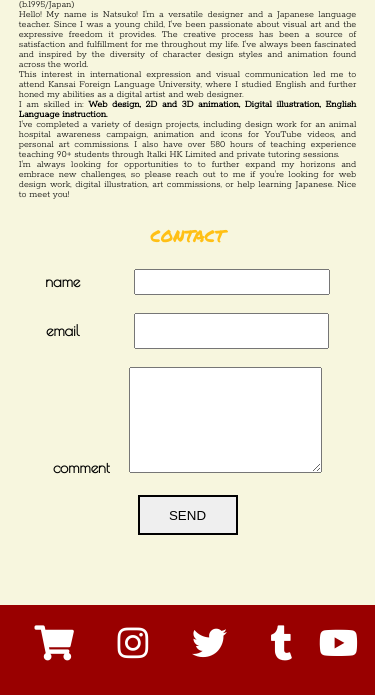
Repository: Natsuko0920/natsukohorii.github.io
Page: toppage/index.html
The author's editor kept a record of every edit. The page is drawn from the files as they stood at one moment, then again after the next edit.
The browser window is 375 px wide. The pictures show the part of the page from y = 748 to 1443 px (the page is 1443 px tall before and 1433 px after).
A picture or video elsewhere on the page could not be fetched, so the positions and the page height are approximate. Some web libraries are served in a nearby version.

Above is the page before.

### toppage/index.html
<!DOCTYPE html>
<html lang="ja">
<!--head-->
<head>
    <meta charset="utf-8">
    <title>NATSUKO HORII | ホリイ ナツコ</title>
    <meta name="description" content="Japanese artist / teacher / web designer / youtuber / creater ">
    <meta name="keywords" content="Natsuko Horii,natsukohorii,Horii Natsuko,ホリイナツコ,Japanese artist,artist,japanese illustrator,illustrator,イラストレーター,japanese teacher,naccchan sensei,なっちゃんせんせい,なっちゃん,nacchan,japanese youtuber">
    <meta name="viewport" content="width=device-width, initial-scale=1">
    <link rel="stylesheet" href="https://use.fontawesome.com/releases/v5.3.1/css/all.css" integrity="sha384-mzrmE5qonljUremFsqc01SB46JvROS7bZs3IO2EmfFsd15uHvIt+Y8vEf7N7fWAU" crossorigin="anonymous">
<!--put google font,font awesome-->
    <link href="https://fonts.googleapis.com/css?family=Permanent+Marker" rel="stylesheet">
    <link href="https://fonts.googleapis.com/css?family=Rock+Salt" rel="stylesheet">
    <link href="https://fonts.googleapis.com/css?family=Rokkitt:300" rel="stylesheet">
    <link href="https://fonts.googleapis.com/css?family=Poiret+One" rel="stylesheet">
    <meta http-equiv="Content-Type" content="text/html; charset=utf-8" />
    <link rel="stylesheet" href="index.css">
</head>
<!--header-->
<body>
    <header>
         <div class="title">
                      <div class="sign"><a href="../toppage/index.html">NATSUKO HORII</a></div>
        </div>
        <ul id="nav">
          <li><a href="../artwork/artwork.html" class="menubox">Artwork</a></li>
          <li><a href="../lesson/lesson.html" class="menubox">Lesson</a></li>
          <li><a href="#about" class="menubox">About</a></li>
          <li><a href="#contact" class="menubox">Contact</a></li>
         </ul>
    </header>
<main>
    <div class="toppage">
        <img src="../toppage/topimage.jpg">
    </div>
<!--about me-->
    <div class="titleabout" id="about">ABOUT</div>
    <div class="about">
      <div class="box1">
        <h1>Natsuko Horii</h1>
        <img class="profile" src="../toppage/profile.jpg">
        <br>
                <img class="profile" src="../toppage/profile2.png">
      </div>
      <div class="box2">
         <h2>
             (b.1995/Japan)
             <br>Hello! My name is Natsuko! I'm a versatile designer and a Japanese language teacher. Since I was a young child, I've been passionate about visual art and the expressive freedom it provides. The creative process has been a source of satisfaction and fulfillment for me throughout my life.
I've always been fascinated and inspired by the diversity of character design styles and animation found across the world.
<br>This interest in international expression and visual communication led me to attend Kansai Foreign Language University, where I studied English and further honed my abilities as a digital artist and web designer.
<br>I am skilled in: <b>Web design, 2D and 3D animation, Digital illustration, English Language instruction.</b>
<br>I've completed a variety of design projects, including design work for an animal hospital awareness campaign, animation and icons for YouTube videos, and personal art commissions. I also have over 580 hours of teaching experience teaching 90+ students through Italki HK Limited and private tutoring sessions.
<br>I'm always looking for opportunities to to further expand my horizons and embrace new challenges, so please reach out to me if you're looking for web design work, digital illustration, art commissions, or help learning Japanese. Nice to meet you!
         </h2>
      </div>
    </div>
<!--contact-->
    <div class="contact">
        <div class="titleabout" id="contact">contact</div>
        <div class="box3">
        <form action="https://docs.google.com/forms/d/e/1FAIpQLScnhWgwTJQ7-fkn19yMeZQXZv_nZWPaMLcr0KuLvkTzsQe1-A/formResponse">
            <label for="name">name　</label>
            <input id="name" type"text" name="entry.1762694654" required/>
           <br><br><label for="email">email　</label>
           <input id="email" type="text" name="entry.1706581827" required/>
           <br><br><label for="msg">comment　</label>
           <textarea id="comment" name="entry.790994953" required/></textarea>
           <br><br><button type="submit" name="button" value="SEND" class="square_btn">SEND</button>
        </form>
       </div>
    </div>
</main>
<footer>
    <div class="linkbox">
      <a href="https://society6.com/natsuko_horii" target="blank" class="link"><i class="fas fa-shopping-cart">　</i></a>
      <a href="https://www.instagram.com/natsuko_horii/" target="blank" class="link"><i class="fab fa-instagram" aria-hidden="true">　</i></a>
      <a href="https://twitter.com/NatsukoHorii" target="blank" class="link"><i class="fab fa-twitter" aria-hidden="true">　</i></a>
      <a href="https://www.tumblr.com/blog/natsukohorii" target="blank" class="link"><i class="fab fa-tumblr" aria-hidden="true">　</i></a>
      <a href="https://www.youtube.com/user/hahaha365yeah/featured?disable_polymer=1" target="blank" class="link"><i class="fab fa-youtube" aria-hidden="true"></i></a>
    </div>
</footer>
</body>
</html>

### toppage/index.css
@media screen and (min-width:300px) and ( max-width:600px) {
 a:link {
      color:#FFC016;
    background-color: transparent;
    text-decoration: none;
}

a:visited {
    color:#FFC016;
    background-color: transparent;
    text-decoration: none;
}

a:active {
    color:#FFC016;
    background-color: transparent;
    text-decoration: none;
}

body{
    background-color:#f7f6de;
    margin:0;
}

.changeColor {
   background-color:#f5c16c;
}

header{
    width:100%;
    display:flex;
    position:absolute;
}

.title{
  width:50%;
  padding-bottom:5px;
}

.sign{
    font-family: 'Permanent Marker', cursive;
    font-size:10px;
    margin-left:10px;
    margin-top:15px;
          color:#FFC016
}

#nav{
  width:70%;
  list-style:none;
  display:flex;
  align-items: center;
  margin-right:10px;
}

#nav li{
  width:100%;
  font-family: 'Permanent Marker', cursive;
  font-size:10px;
  text-align:center;
}

#nav a {
  color:#FFC016;
}

.toppage img{
  width:100%;
}

.titleabout{
  font-family: 'Permanent Marker', cursive;
  font-size:20px;
  text-align:center;
    color:#FFC016;
    margin-top:20px;
}

.about{
  width:90%;
  margin:auto;
}

.box1{
  width:100%;
  margin-top:10px;
  margin:auto;
}

.box2{
  width:100%;
  margin-top:20px;
}

h1{
 font-family: 'Rock Salt', cursive;
 font-size:20px;
 margin:0;
 text-align:center;
}

h2{
  font-size:10px;
font-family: 'Rokkitt', serif;
  line-height: 10px;
  font-weight: lighter;
   text-align:justify;
}

.profile{
  width:100%;
  height:auto;
    margin:auto;
}

.contact{
  margin-top:10px;
  margin-bottom:70px;
}

.box3{
    margin-top:20px;
    text-align:center;
}

label{
     font-family: 'Poiret One', cursive;
     font-size:15px;
     font-weight:bold;
}

#name{
    margin-left:35px;
      width:50%;
      height:20px;
}

#email{
  margin-left:35px;
      width:50%;
      height:30px;
}

#comment{
      width:50%;
      height:100px;
}

.square_btn {
    display: inline-block;
    padding: 0.3em 1em;
    text-decoration: none;
    color: #990000;
    background:white;
    border: solid 2px #990000;
    border-radius: 3px;
    height:40px;
    width:100px;
    transition: .4s;
}

.linkbox{
  padding-top:20px;
  font-size:35px;
  text-align:center;
}

a.link {
  color:white;
}

a.link:hover{
  color:#FFC016;
}

footer{
  width:100%;
  background-color:#990000;
  margin:0;
  position:absolute;
  padding-bottom:30px;
}
}

@media screen and (min-width:600px) and ( max-width:960px) {
 a:link {
      color:#FFC016;
    background-color: transparent;
    text-decoration: none;
}

a:visited {
    color:#FFC016;
    background-color: transparent;
    text-decoration: none;
}

a:active {
    color:#FFC016;
    background-color: transparent;
    text-decoration: none;
}

body{
    background-color:#f7f6de;
    margin:0;
}

.changeColor {
   background-color:#f5c16c;
}

header{
    width:100%;
    display:flex;
    position:absolute;
}

.title{
  width:50%;
  padding-bottom:5px;
}

.sign{
    font-family: 'Permanent Marker', cursive;
    font-size:25px;
    margin-left:10px;
    margin-top:15px;
          color:#FFC016
}

#nav{
  width:70%;
  list-style:none;
  display:flex;
  align-items: center;
  margin-right:10px;
}

#nav li{
  width:100%;
  font-family: 'Permanent Marker', cursive;
  font-size:25px;
  text-align:center;
}

#nav a {
  color:#FFC016;
}

.toppage img{
  width:100%;
}

.titleabout{
  font-family: 'Permanent Marker', cursive;
  font-size:50px;
  text-align:center;
    color:#FFC016;
    margin-top:60px;
}

.about{
  width:90%;
  margin:auto;
  display:flex;
}

.box1{
  width:30%;
  margin-top:20px;
}

.box2{
  width:60%;
  margin-top:20px;
  margin-left:20px;
}

h1{
 font-family: 'Rock Salt', cursive;
 font-size:20px;
 margin:0;
 text-align:center;

}

h2{
  font-size:15px;
font-family: 'Rokkitt', serif;
  line-height: 15px;
  font-weight: lighter;
  margin-left:20px;
   text-align:justify;
}

.profile{
  width:100%;
  height:auto;
}

.contact{
  margin-top:10px;
  margin-bottom:70px;
}

.box3{
    margin-top:20px;
    text-align:center;
}

label{
     font-family: 'Poiret One', cursive;
     font-size:25px;
     font-weight:bold;
}

#name{
    margin-left:35px;
      width:50%;
      height:30px;

}

#email{
  margin-left:35px;
      width:50%;
      height:30px;
}

#comment{
      width:50%;
      height:100px;
}

.square_btn {
    display: inline-block;
    padding: 0.3em 1em;
    text-decoration: none;
    color: #990000;
    background:white;
    border: solid 2px #990000;
    border-radius: 3px;
    height:40px;
    width:100px;
    transition: .4s;
}

.linkbox{
  padding-top:20px;
  font-size:35px;
  text-align:center;
}

a.link {
  color:white;
}

a.link:hover{
  color:#FFC016;
}

footer{
  width:100%;
  background-color:#990000;
  margin:0;
  position:absolute;
  padding-bottom:30px;
}
}

@media screen and (min-width:960px) and ( max-width:1280px) {
a:link {
      color:#FFC016;
    background-color: transparent;
    text-decoration: none;
}

a:visited {
    color:#FFC016;
    background-color: transparent;
    text-decoration: none;
}

a:active {
    color:#FFC016;
    background-color: transparent;
    text-decoration: none;
}

body{
    background-color:#f7f6de;
    margin:0;
    transition: 0.3s all;
}

.changeColor {
   background-color:#f5c16c;
}

header{
    width:100%;
    display:flex;
    position:absolute;
}

.title{
  width:50%;
  padding-bottom:5px;
}

.sign{
    font-family: 'Permanent Marker', cursive;
    font-size:40px;
    margin-left:10px;
    margin-top:10px;
          color:#FFC016
}

#nav{
  width:70%;
  list-style:none;
  display:flex;
  align-items: center;
  margin-right:10px;
}

#nav li{
  width:100%;
  font-family: 'Permanent Marker', cursive;
  font-size:30px;
  text-align:center;
}

#nav a {
  color:#FFC016;
}

#nav a:hover{
  opacity:0.7;
}

.toppage img{
  width:100%;
}

.titleabout{
  font-family: 'Permanent Marker', cursive;
  font-size:50px;
  text-align:center;
    color:#FFC016;
    margin-top:80px;
}

.about{
  width:90%;
  margin:auto;
  display:flex;
}

.box1{
  width:30%;
}

.box2{
  width:60%;
  margin-top:100px;
  margin-left:50px;
}

h1{
 font-family: 'Rock Salt', cursive;
 font-size:40px;
 margin:0;
 text-align:center;

}

h2{
  font-size:20px;
font-family: 'Rokkitt', serif;
  line-height: 25px;
  font-weight: lighter;
  margin-left:20px;
   text-align:justify;
}

.profile{
  width:100%;
  height:auto;

}

.contact{
  margin-top:50px;
  margin-bottom:70px;
}

.box3{
    margin-top:50px;

    text-align:center;
}

label{
     font-family: 'Poiret One', cursive;
     font-size:25px;
     font-weight:bold;
}

#name{
    margin-left:35px;
      width:30%;
      height:30px;

}

#email{
  margin-left:35px;
      width:30%;
      height:30px;
}

#comment{
      width:30%;
      height:100px;
}

.square_btn {
    display: inline-block;
    padding: 0.3em 1em;
    text-decoration: none;
    color: #990000;
    background:white;
    border: solid 2px #990000;
    border-radius: 3px;
    height:40px;
    width:100px;
    transition: .4s;
}

.square_btn:hover {
    background:#990000;
    color: white;
}

.linkbox{
  padding-top:20px;
  font-size:35px;
  text-align:center;
}

a.link {
  color:white;
}

a.link:hover{
  color:#FFC016;
}

footer{
  width:100%;
  background-color:#990000;
  margin:0;
  position:absolute;
  padding-bottom:30px;
}
}

@media screen and (min-width:1280px) {
 a:link {
      color:#FFC016;
    background-color: transparent;
    text-decoration: none;
}

a:visited {
    color:#FFC016;
    background-color: transparent;
    text-decoration: none;
}

a:active {
    color:#FFC016;
    background-color: transparent;
    text-decoration: none;
}

body{
    background-color:#f7f6de;
    margin:0;
    transition: 0.3s all;
}

.changeColor {
   background-color:#f5c16c;
}

header{
    width:100%;
    display:flex;
    position:absolute;
}

.title{
  width:50%;
  padding-bottom:5px;
}

.sign{
    font-family: 'Permanent Marker', cursive;
    font-size:40px;
    margin-left:10px;
    margin-top:10px;
          color:#FFC016
}

#nav{
  width:70%;
  list-style:none;
  display:flex;
  align-items: center;
  margin-right:10px;
}

#nav li{
  width:100%;
  font-family: 'Permanent Marker', cursive;
  font-size:30px;
  text-align:center;
}

#nav a {
  color:#FFC016;
}

#nav a:hover{
  opacity:0.7;
}

.toppage img{
  width:100%;
}

.titleabout{
  font-family: 'Permanent Marker', cursive;
  font-size:50px;
  text-align:center;
    color:#FFC016;
    margin-top:80px;
}

.about{
  width:90%;
  margin:auto;
  display:flex;
}

.box1{
  width:30%;
}

.box2{
  width:60%;
  margin-top:100px;
  margin-left:50px;
}

h1{
 font-family: 'Rock Salt', cursive;
 font-size:40px;
 margin:0;
 text-align:center;

}

h2{
  font-size:20px;
font-family: 'Rokkitt', serif;
  line-height: 25px;
  font-weight: lighter;
  margin-left:20px;
   text-align:justify;
}

.profile{
  width:100%;
  height:auto;

}

.contact{
  margin-top:50px;
  margin-bottom:70px;
}

.box3{
    margin-top:50px;

    text-align:center;
}

label{
     font-family: 'Poiret One', cursive;
     font-size:25px;
     font-weight:bold;
}

#name{
    margin-left:35px;
      width:30%;
      height:30px;

}

#email{
  margin-left:35px;
      width:30%;
      height:30px;
}

#comment{
      width:30%;
      height:100px;
}

.square_btn {
    display: inline-block;
    padding: 0.3em 1em;
    text-decoration: none;
    color: #990000;
    background:white;
    border: solid 2px #990000;
    border-radius: 3px;
    height:40px;
    width:100px;
    transition: .4s;
}

.square_btn:hover {
    background:#990000;
    color: white;
}

.linkbox{
  padding-top:20px;
  font-size:35px;
  text-align:center;
}

a.link {
  color:white;
}

a.link:hover{
  color:#FFC016;
}

footer{
  width:100%;
  background-color:#990000;
  margin:0;
  position:absolute;
  padding-bottom:30px;
}
}

After the next edit:
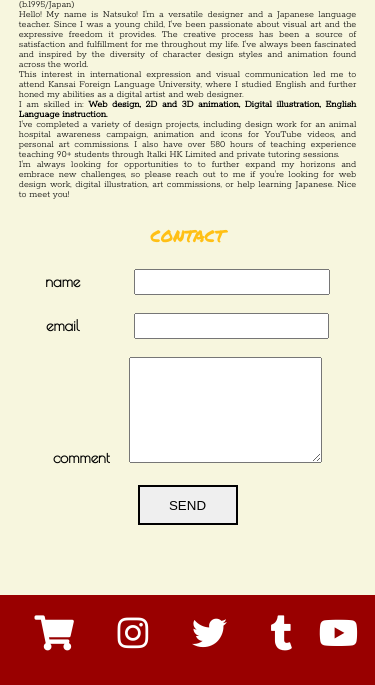
The edit:
--- a/toppage/index.css
+++ b/toppage/index.css
@@ -136,9 +136,9 @@
 }
 
 #email{
-  margin-left:35px;
+    margin-left:35px;
       width:50%;
-      height:30px;
+      height:20px;
 }
 
 #comment{
